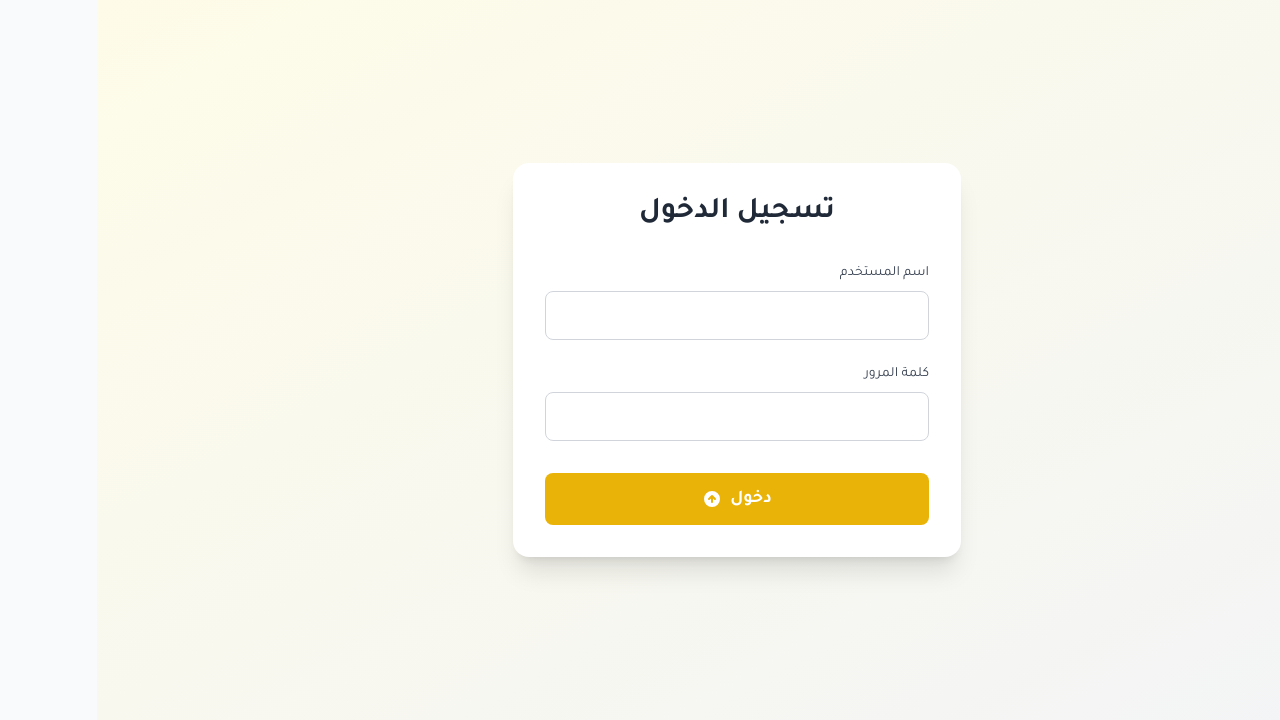
Repository: aseel99/sunduqi
Page: / (app in sunduqi-frontend/)
These files come from the project's save history. The page is drawn as it stood at one moment and after the next save; the edit follows.
The browser window is 1280 px wide. The pictures show the whole page.
The project was rebuilt for these pictures with package versions that can differ from the ones it lists, and the page was loaded fresh each time. Also part of the build but not shown: sunduqi-frontend/vite.config.js, sunduqi-frontend/src/pages/NotFound.jsx, sunduqi-frontend/src/pages/Dashboard.jsx, sunduqi-frontend/src/pages/Opening.jsx, sunduqi-frontend/src/pages/ChooseVoucher.jsx, sunduqi-frontend/src/pages/Receipt.jsx, sunduqi-frontend/src/pages/Disbursement.jsx, sunduqi-frontend/src/pages/VoucherDetails.jsx and 12 more.

Above is the page before, as saved 2025-06-16 00:54:56.

After the next save:
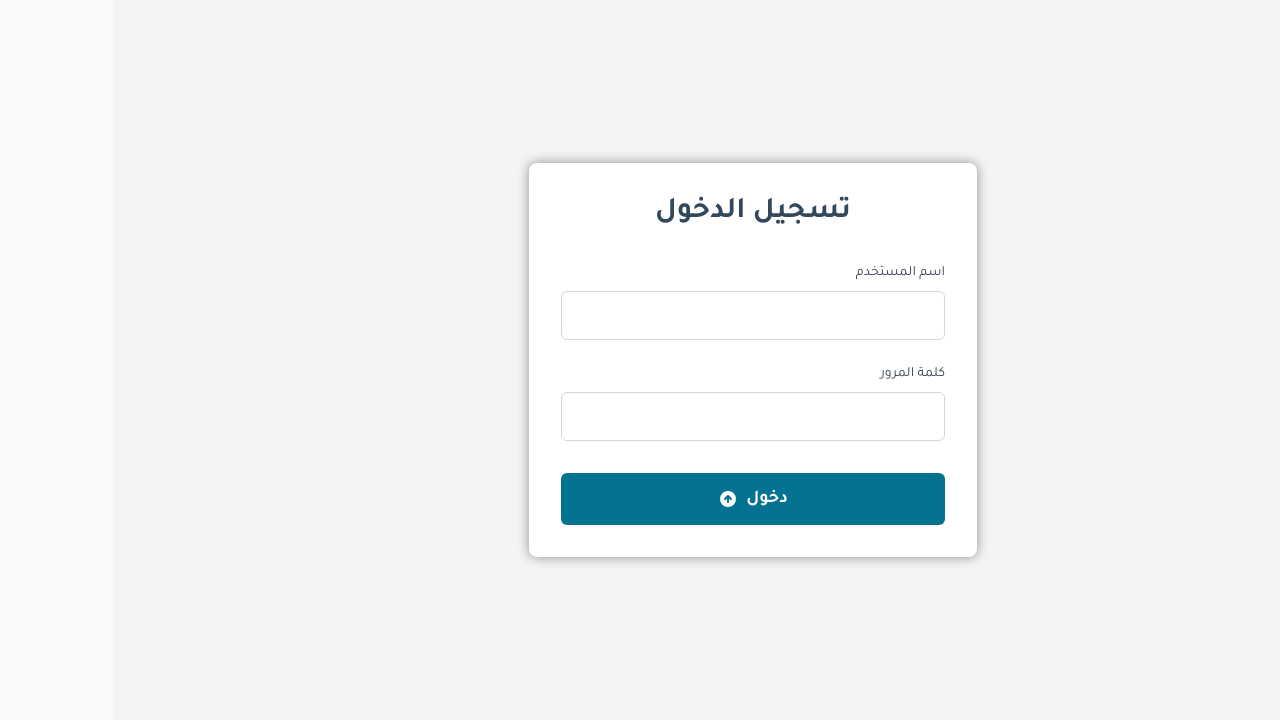
Saved 3 min 38 s later.
--- a/sunduqi-frontend/src/pages/Login.jsx
+++ b/sunduqi-frontend/src/pages/Login.jsx
@@ -4,68 +4,111 @@ import { useAuth } from '../auth/AuthContext';
 import axios from '../api/axios';
 
 export default function Login() {
+  // State for input fields
   const [username, setUsername] = useState('');
   const [password, setPassword] = useState('');
+
+  // Access login function from auth context
   const { login } = useAuth();
+
+  // Router hook for redirecting after login
   const navigate = useNavigate();
+
+  // State to handle login errors
   const [error, setError] = useState('');
 
+  // Handle login form submission
   const handleLogin = async (e) => {
     e.preventDefault();
     setError('');
 
     try {
       const res = await axios.post('/auth/login', { username, password });
-      login(res.data); // { token, user }
-      navigate('/');
+      login(res.data); // Save token and user
+      navigate('/');   // Redirect to homepage after successful login
     } catch (err) {
       setError('فشل تسجيل الدخول. تحقق من البيانات.');
     }
   };
 
   return (
-    <div className="min-h-screen flex items-center justify-center bg-gradient-to-br from-yellow-50 to-gray-100 font-[Tajawal]" dir="rtl">
-      <form onSubmit={handleLogin} className="bg-white shadow-xl rounded-2xl p-8 w-full max-w-md">
-        <h2 className="text-3xl font-bold mb-8 text-center text-gray-800">تسجيل الدخول</h2>
+    <div
+      className="min-h-screen flex items-center justify-center bg-[#f4f4f4] text-gray-900 font-[Tajawal] px-4"
+      dir="rtl"
+    >
+      <form
+        onSubmit={handleLogin}
+        className="w-full max-w-md bg-white rounded-lg shadow-[0_0_12px_#8e8e8e] p-8"
+      >
+        {/* Title */}
+        <h2 className="text-3xl font-bold mb-8 text-center text-[#33485d]">
+          تسجيل الدخول
+        </h2>
 
+        {/* Error message if login fails */}
         {error && (
           <div className="mb-6 p-3 bg-red-100 text-red-700 rounded-lg text-sm flex items-center">
-            <svg xmlns="http://www.w3.org/2000/svg" className="h-5 w-5 ml-2" viewBox="0 0 20 20" fill="currentColor">
-              <path fillRule="evenodd" d="M18 10a8 8 0 11-16 0 8 8 0 0116 0zm-7 4a1 1 0 11-2 0 1 1 0 012 0zm-1-9a1 1 0 00-1 1v4a1 1 0 102 0V6a1 1 0 00-1-1z" clipRule="evenodd" />
+            <svg
+              xmlns="http://www.w3.org/2000/svg"
+              className="h-5 w-5 ml-2"
+              viewBox="0 0 20 20"
+              fill="currentColor"
+            >
+              <path
+                fillRule="evenodd"
+                d="M18 10a8 8 0 11-16 0 8 8 0 0116 0zm-7 4a1 1 0 11-2 0 1 1 0 012 0zm-1-9a1 1 0 00-1 1v4a1 1 0 102 0V6a1 1 0 00-1-1z"
+                clipRule="evenodd"
+              />
             </svg>
             {error}
           </div>
         )}
 
+        {/* Username Field */}
         <div className="mb-6">
-          <label className="block mb-2 text-sm font-medium text-gray-700">اسم المستخدم</label>
+          <label className="block mb-2 text-sm font-medium text-gray-700">
+            اسم المستخدم
+          </label>
           <input
             type="text"
-            className="w-full px-4 py-3 border border-gray-300 rounded-lg focus:outline-none focus:ring-2 focus:ring-yellow-400 focus:border-transparent transition"
+            className="w-full px-4 py-3 border border-gray-300 rounded-md focus:outline-none focus:ring-2 focus:ring-[#047291] focus:border-transparent"
             value={username}
             onChange={(e) => setUsername(e.target.value)}
             required
           />
         </div>
 
+        {/* Password Field */}
         <div className="mb-8">
-          <label className="block mb-2 text-sm font-medium text-gray-700">كلمة المرور</label>
+          <label className="block mb-2 text-sm font-medium text-gray-700">
+            كلمة المرور
+          </label>
           <input
             type="password"
-            className="w-full px-4 py-3 border border-gray-300 rounded-lg focus:outline-none focus:ring-2 focus:ring-yellow-400 focus:border-transparent transition"
+            className="w-full px-4 py-3 border border-gray-300 rounded-md focus:outline-none focus:ring-2 focus:ring-[#047291] focus:border-transparent"
             value={password}
             onChange={(e) => setPassword(e.target.value)}
             required
           />
         </div>
 
+        {/* Login Button */}
         <button
           type="submit"
-          className="w-full bg-yellow-500 hover:bg-yellow-600 text-white font-bold py-3 px-4 rounded-lg transition duration-300 flex items-center justify-center text-lg"
+          className="w-full bg-[#047291] hover:bg-[#03627a] text-white font-bold py-3 px-4 rounded-md transition duration-300 flex items-center justify-center text-lg"
         >
           <span>دخول</span>
-          <svg xmlns="http://www.w3.org/2000/svg" className="h-5 w-5 mr-2" viewBox="0 0 20 20" fill="currentColor">
-            <path fillRule="evenodd" d="M10 18a8 8 0 100-16 8 8 0 000 16zm3.707-8.707l-3-3a1 1 0 00-1.414 0l-3 3a1 1 0 001.414 1.414L9 9.414V13a1 1 0 102 0V9.414l1.293 1.293a1 1 0 001.414-1.414z" clipRule="evenodd" />
+          <svg
+            xmlns="http://www.w3.org/2000/svg"
+            className="h-5 w-5 mr-2"
+            viewBox="0 0 20 20"
+            fill="currentColor"
+          >
+            <path
+              fillRule="evenodd"
+              d="M10 18a8 8 0 100-16 8 8 0 000 16zm3.707-8.707l-3-3a1 1 0 00-1.414 0l-3 3a1 1 0 001.414 1.414L9 9.414V13a1 1 0 102 0V9.414l1.293 1.293a1 1 0 001.414-1.414z"
+              clipRule="evenodd"
+            />
           </svg>
         </button>
       </form>
